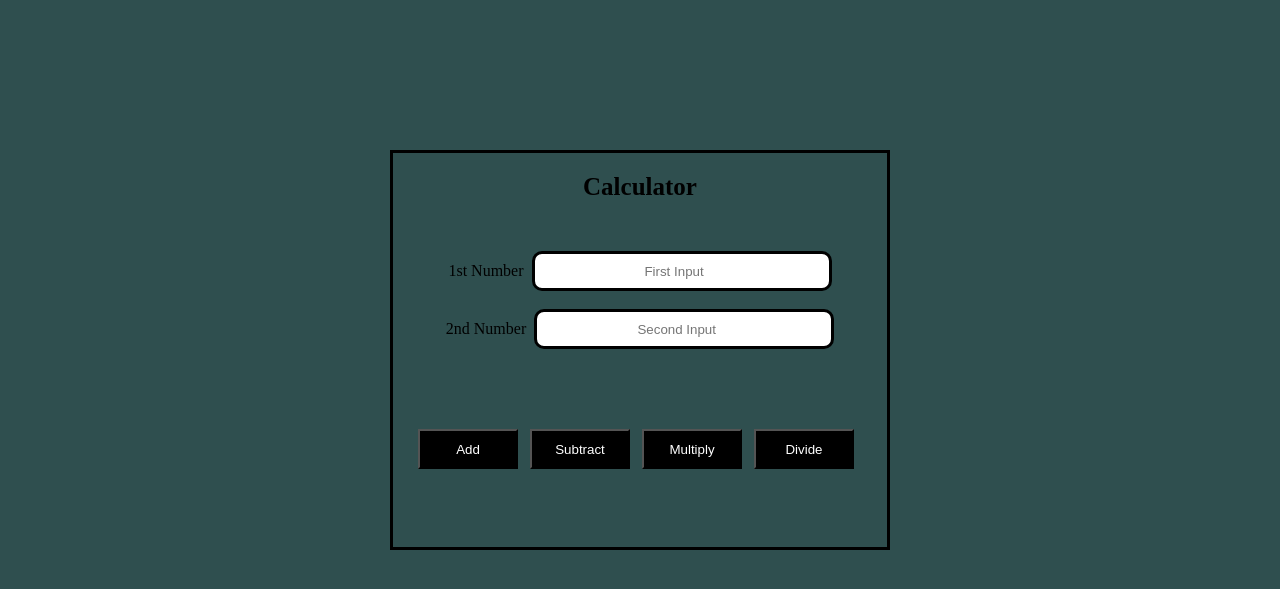
Repository: Shreyash1107/Intern_Projects
Page: Calculator/src/main/webapp/Calculator.html
The author's editor kept a copy of each file at every save. The page is drawn from the files as they stood at one save, then again after the next save.
The browser window is 1280 px wide. The pictures show the whole page.

Above is the page before, as saved 2024-07-03 11:14:01.

After the next save:
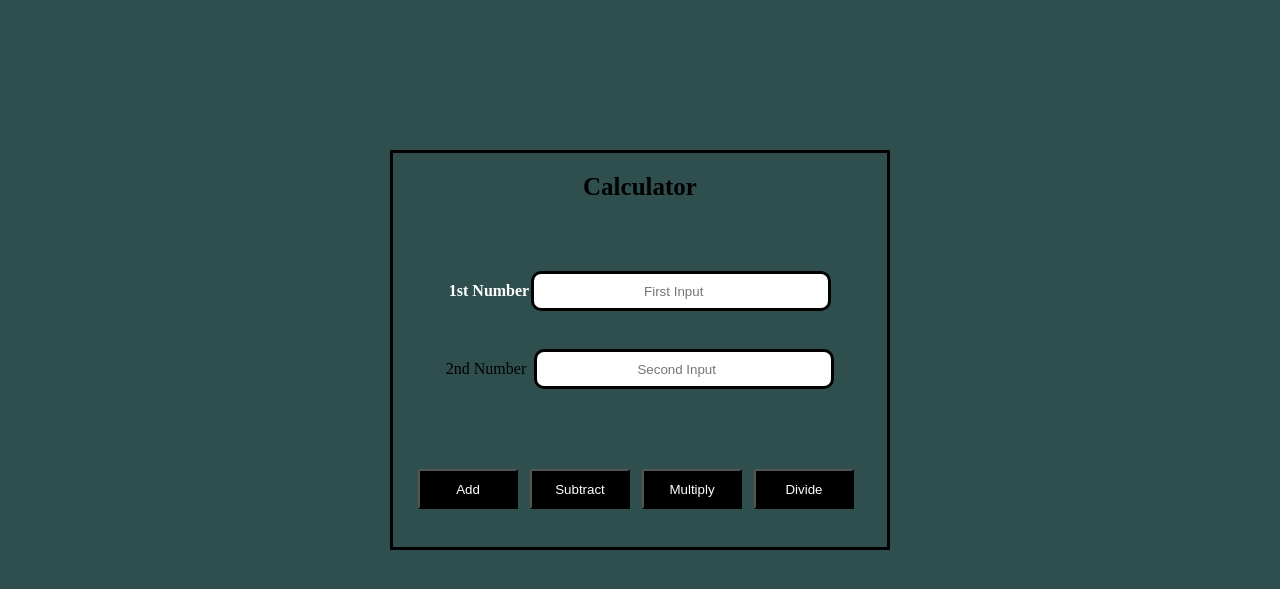
Saved 22 s later.
--- a/Calculator/src/main/webapp/Calculator.html
+++ b/Calculator/src/main/webapp/Calculator.html
@@ -11,10 +11,12 @@
 				<div class="wrapper">
 			<h4>Calculator</h4>
 			<div class="container">
-					<tr>
+					<table>
+						<tr>
 					<td style="color: white;">1st Number</td>&nbsp;
 						<td><input type="number" name="First" value="" placeholder="First Input"</td>
 					</tr>
+					</table>
 					<br><br>
 					<tr>
 						<td>2nd Number</td>&nbsp;
